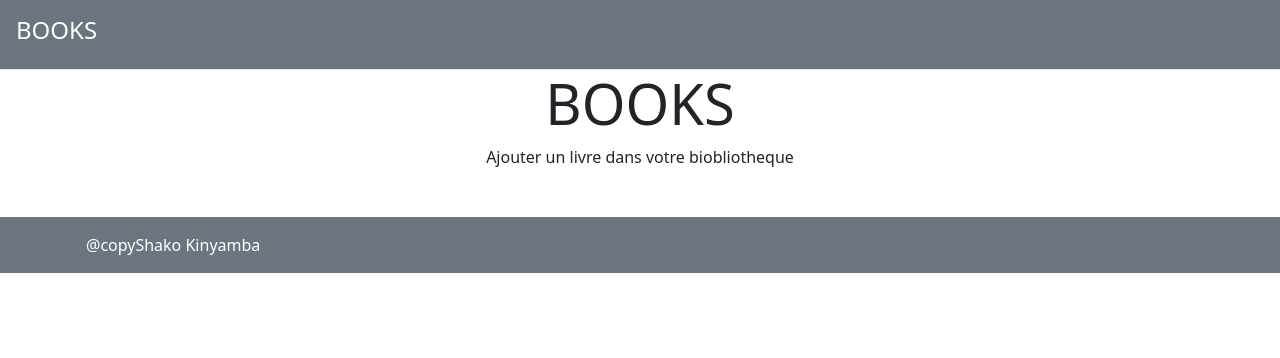
Repository: SKB-TECH/Books
Page: /
An editor plug-in stored every save of this project. The page is shown before and after a run of saves, followed by the edit.
The browser window is 1280 px wide. The pictures show the whole page.
The project was rebuilt for these pictures with package versions that can differ from the ones it lists, and the page was loaded fresh each time. Also part of the build but not shown: vite.config.js.

Above is the page before, as saved 2022-11-09 15:43:15.

After the next 9 saves:
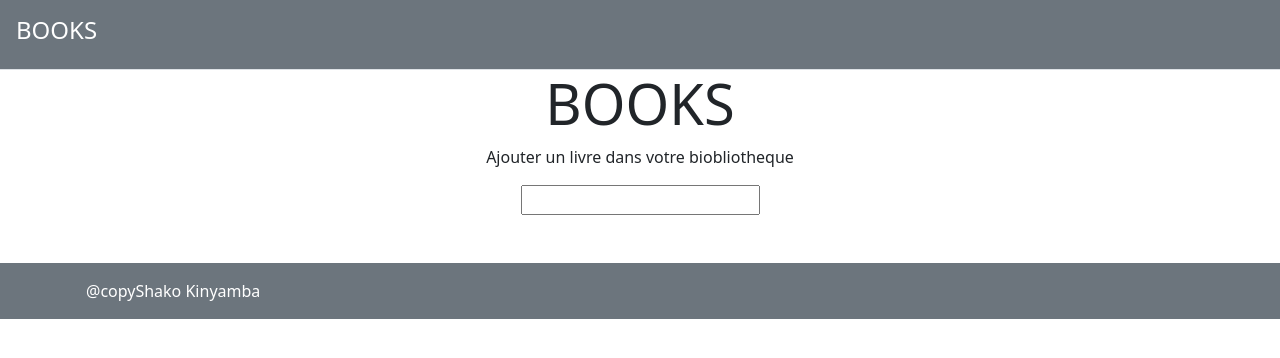
The 9 saves are shown as one change because they came seconds apart.
The last was saved 22 s later.
--- a/src/Containers/AddBooks.jsx
+++ b/src/Containers/AddBooks.jsx
@@ -14,7 +14,10 @@ const AddBooks = () => {
 
                     <form action="" className='form-inline justify-content-center'>
                         <div className='form-group'>
+                            <input type="text"
 
+                              required
+                            />
                         </div>
                     </form>
                 </div>
